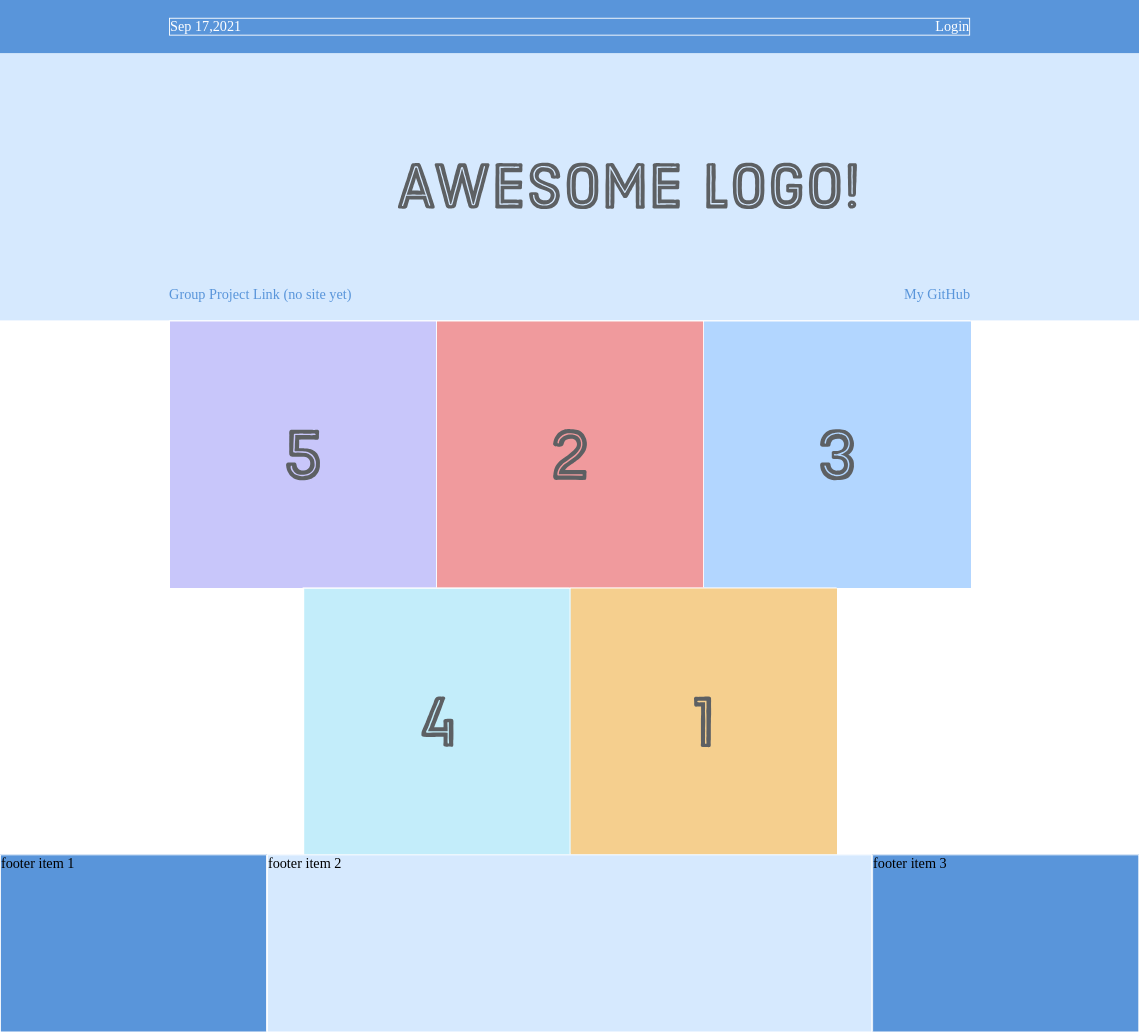
Repository: arkomz/INST377-Lab-Work
Page: client/lab_3/index.html
The author's editor kept a copy of each file at every save. The page is drawn from the files as they stood at one save, then again after the next save.
The browser window is 1280 px wide. The pictures show the whole page, at 89% of full size.

Above is the page before, as saved 2021-09-17 13:40:14.

### client/lab_3/index.html
<!DOCTYPE html>
<html lang='en'>
  <head>
    <meta charset='UTF-8'/>
    <title>Arko Mazumder</title>
    <link rel='stylesheet' href='styles.css'/>
  </head>
  <body>
    <div class='menu-container'>
      <div class='menu'>
        <div class='date'>Sep 17,2021</div>

              <div class='signup' href = 'index.html' Main Page> </div>
              <div class='login'>Login</div>

      </div>
      </div>

      <div class='header-container'>
            <div class='header'>
            <div class='subscribe'>Group Project Link (no site yet)</div>
            <div class='logo'><img src='images/awesome-logo.svg'/></div>
            <div class='social' href = "https://github.com/arkomz"> My GitHub </div>
          </div>
        </div>

    <div class='photo-grid-container'>
              <div class='photo-grid'>
                <div class='photo-grid-item first-item'>
                  <img src='images/one.svg'/>
                </div>
                <div class='photo-grid-item'>
                  <img src='images/two.svg'/>
                </div>
                <div class='photo-grid-item'>
                  <img src='images/three.svg'/>
                </div>
                <div class='photo-grid-item'>
                  <img src='images/four.svg'/>
                </div>
                <div class='photo-grid-item last-item'>
                  <img src='images/five.svg'/>
                </div>
              </div>
            </div>

            <div class='footer'>
            <div class='footer-item Footer One footer-one'> footer item 1</div>
            <div class='footer-item footer-two'> footer item 2</div>
            <div class='footer-item footer-three'> footer item 3</div>
          </div>
  </body>

### client/lab_3/styles.css
* {
    margin: 0;
    padding: 0;
    box-sizing: border-box;
  }

  .menu-container {
    color: #fff;
    background-color: #5995DA;  /* Blue */
    padding: 20px 0;
    display: flex;
    justify-content: center;
  }

  .menu {
    border: 1px solid #fff;
    width: 900px;
    display: flex;
    justify-content: space-between;
  }

  .links {
    border: 1px solid #fff;  /* For debugging */
    display: flex;
    justify-content: flex-end;
  }

  .login {
    margin-left: 20px;
  }

  .header-container {
    color: #5995DA;
    background-color: #D6E9FE;
    display: flex;
    justify-content: center;
  }

  .header {
    width: 900px;
    height: 300px;
    display: flex;
    justify-content: space-between;
    align-items: center;
  }

  .photo-grid-container {
    display: flex;
    justify-content: center;
  }

  .photo-grid {
    width: 900px;
    display: flex;
    justify-content: center;
    flex-wrap: wrap;
    flex-direction: row;
    align-items: center;
  }

  .photo-grid-item {
    border: 1px solid #fff;
    width: 300px;
    height: 300px;
  }

  .first-item {
    order: 1;
  }

  .last-item {
    order: -1;
  }

  .social,
  .subscribe {
    align-self: flex-end;
    margin-bottom: 20px;
    }

    .footer {
        display: flex;
        justify-content: space-between;
      }

  .footer-item {
    border: 1px solid #fff;
    background-color: #D6E9FE;
    height: 200px;
    flex: 1;
  }

  .footer-three {
    flex: 2;
  }

  .footer-one,
  .footer-three {
    background-color: #5995DA;
    flex: initial;
    width: 300px;
  }

  .signup {
    margin-left: auto;
  }

After the next save:
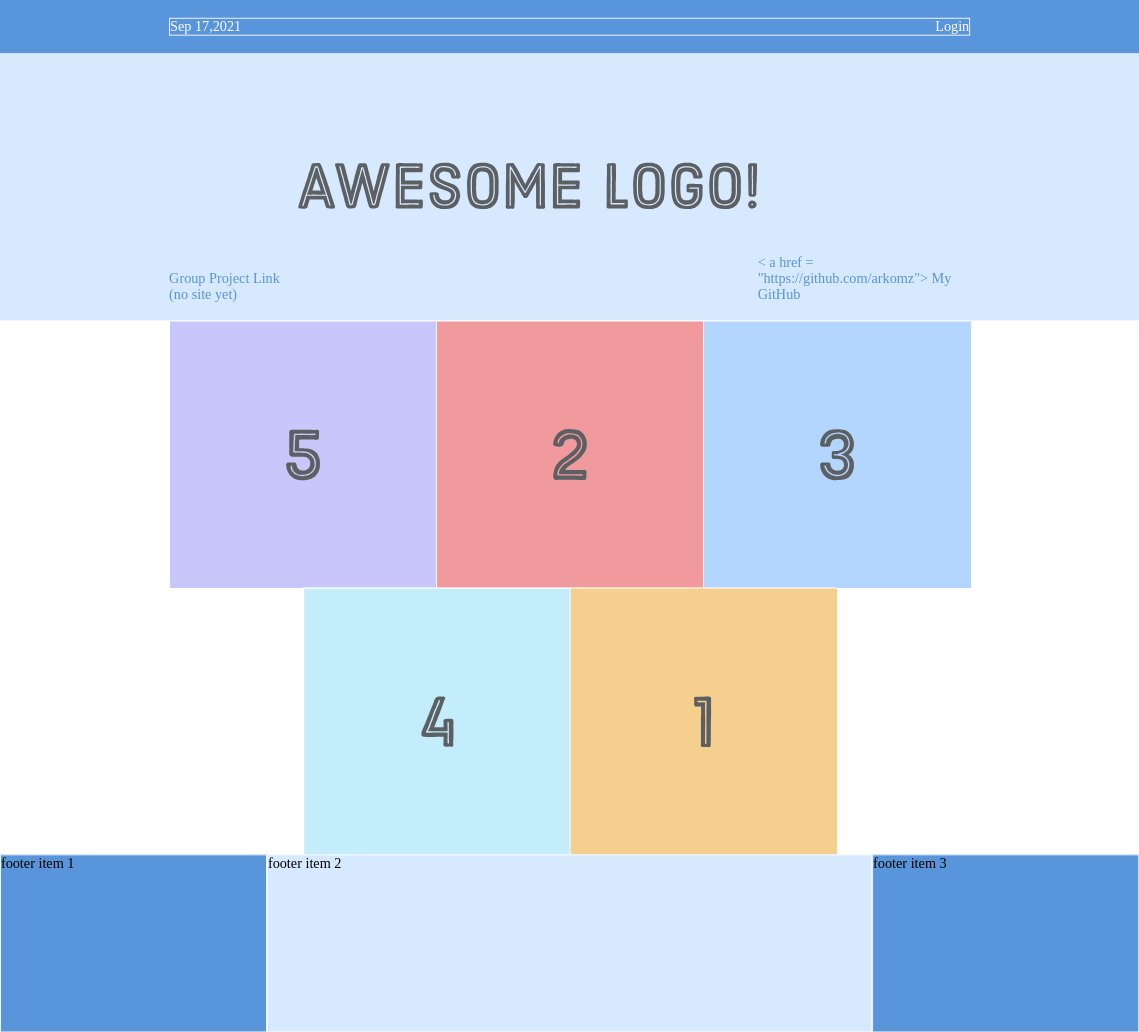
Saved 26 min 22 s later.
--- a/client/lab_3/index.html
+++ b/client/lab_3/index.html
@@ -20,7 +20,7 @@
             <div class='header'>
             <div class='subscribe'>Group Project Link (no site yet)</div>
             <div class='logo'><img src='images/awesome-logo.svg'/></div>
-            <div class='social' href = "https://github.com/arkomz"> My GitHub </div>
+            <div class='social'> < a href = "https://github.com/arkomz"> </a> My GitHub </div>
           </div>
         </div>
 

After the save that followed:
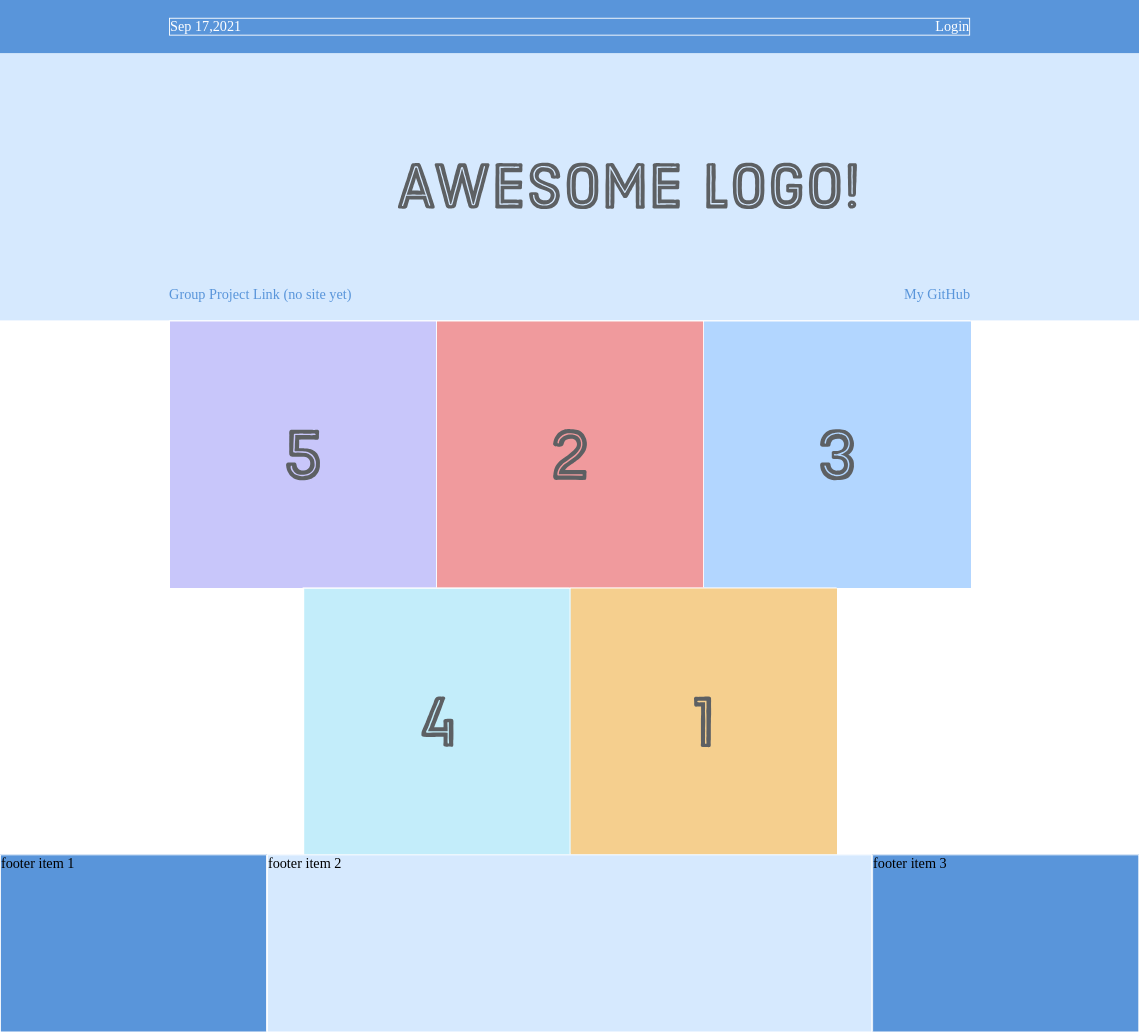
Saved 12 s later.
--- a/client/lab_3/index.html
+++ b/client/lab_3/index.html
@@ -20,7 +20,7 @@
             <div class='header'>
             <div class='subscribe'>Group Project Link (no site yet)</div>
             <div class='logo'><img src='images/awesome-logo.svg'/></div>
-            <div class='social'> < a href = "https://github.com/arkomz"> </a> My GitHub </div>
+            <div class='social'> <a href = "https://github.com/arkomz"> </a> My GitHub </div>
           </div>
         </div>
 
